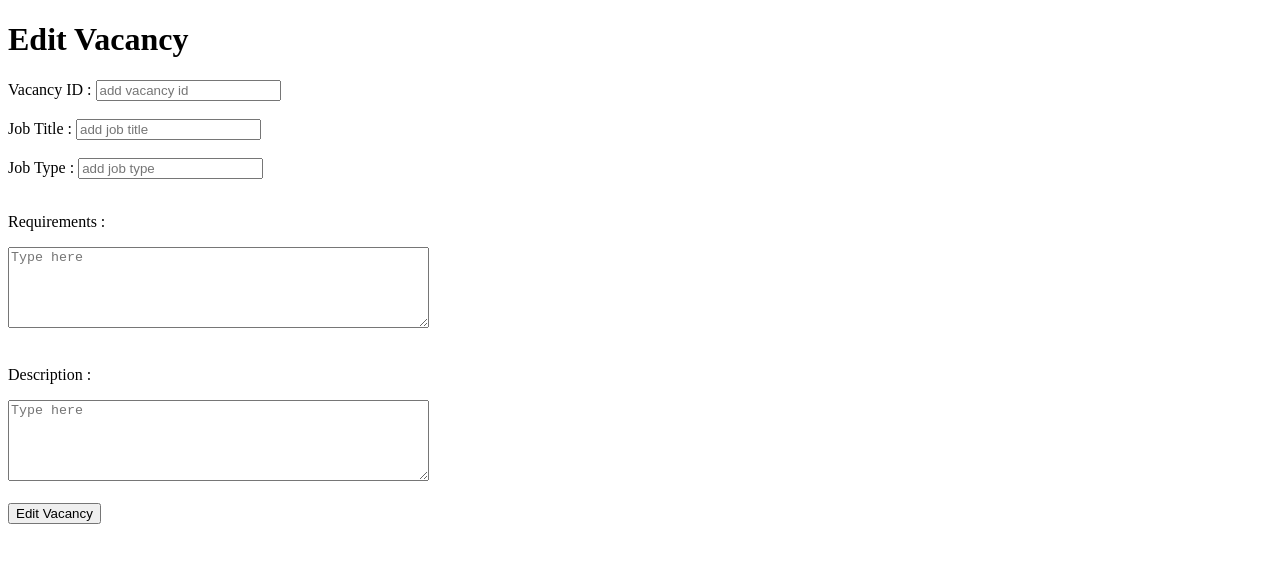
Repository: IT21221064/JobPortal
Page: http://localhost/signup/editVacancy.jsp
The author's editor kept a copy of each file at every save. The page is drawn from the files as they stood at one save, then again after the next save.
The browser window is 1280 px wide. The pictures show the whole page.
The page is served by Tomcat 9.

Above is the page before, as saved 2023-07-14 17:32:09.

After the next save:
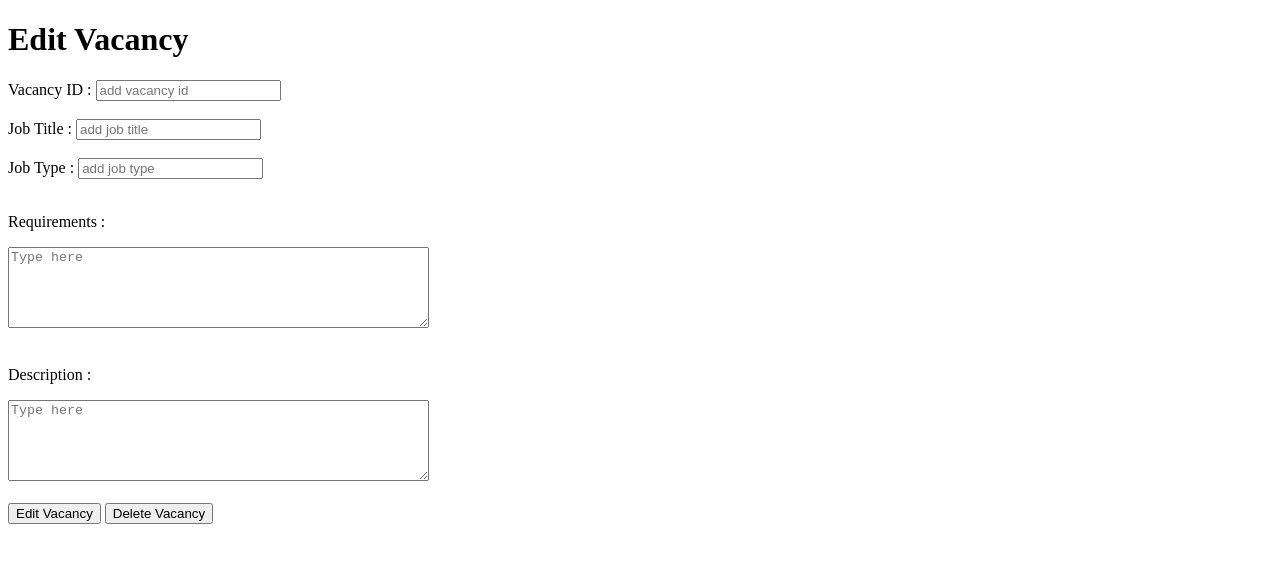
Saved 26 s later.
--- a/jobPortal/signup/src/main/webapp/editVacancy.jsp
+++ b/jobPortal/signup/src/main/webapp/editVacancy.jsp
@@ -22,6 +22,7 @@
 <p><label for ="jobdesc">Description : </label></p>
 <textarea id="jobdesc" name="jobdesc" rows="5" cols="50" placeholder="Type here"></textarea><br><br>
  <button class="btn btn-primary col-md-12">Edit Vacancy</button>
+ <button class="btn btn-primary col-md-12">Delete Vacancy</button>
 </form>
 </body>
 </html>
